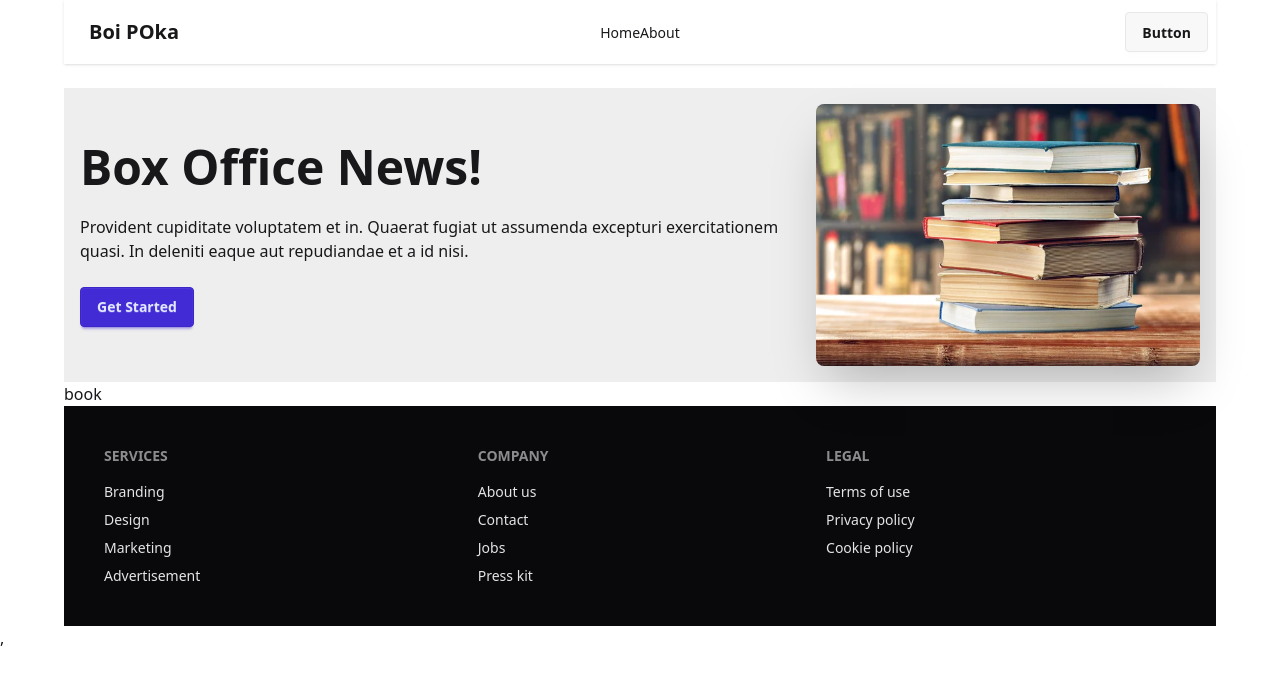
Repository: SanjidaSnigdha/Boipoka-Book-Vibe-Project
Page: /
These files come from the project's save history. The page is drawn as it stood at one moment and after the next save; the edit follows.
The browser window is 1280 px wide. The pictures show the whole page.
The project was rebuilt for these pictures with package versions that can differ from the ones it lists, and the page was loaded fresh each time. Also part of the build but not shown: vite.config.js, src/App.css, src/App.jsx, src/Pages/Root/ErrorPage/ErrorPage.jsx.

Above is the page before, as saved 2026-05-12 12:38:56.

### index.html
<!doctype html>
<html lang="en">
  <head>
    <meta charset="UTF-8" />
    <link rel="icon" type="image/svg+xml" href="/favicon.svg" />
    <meta name="viewport" content="width=device-width, initial-scale=1.0" />
    <title>boipuka</title>
  </head>
  <body>
    <div id="root"></div>
    <script type="module" src="/src/main.jsx"></script>
  </body>
</html>

### src/main.jsx
import { StrictMode } from 'react'
import { createRoot } from 'react-dom/client'
import './index.css'
import App from './App.jsx'
import {
  RouterProvider,
} from "react-router";
import { router } from './Routes/Routes.jsx';




createRoot(document.getElementById('root')).render(
  <StrictMode>
     <RouterProvider router={router} />,
  </StrictMode>,
)

### src/index.css
@import "tailwindcss";
@plugin "daisyui" {
themes : light --default, dark --prefersdark;
themes: light --default;
}
   dark mode to light mode ( index.css)

### src/Routes/Routes.jsx
import React from 'react';
import {
  createBrowserRouter,
} from "react-router";
import Root from '../Pages/Root/Root';
import ErrorPage from '../Pages/Root/ErrorPage/ErrorPage';
import { Component } from 'react';
import Home from '../Pages/Home/Home';

 export const router = createBrowserRouter([
  {
    path: "/",
    Component: Root,
    errorElement: <ErrorPage></ErrorPage>,
    children: [
      {
      index: true,
      path: '/',
      Component: Home

    },
  ],
},
]);

### src/Pages/Root/Root.jsx
import React from 'react';
import Navbar from '../../Components/Header/Navbar/Navbar';
import { Outlet } from 'react-router';
import Footer from '../../Components/Footer/Footer';

const Root = () => {
    return (
        <div className='max-w-6xl mx-auto'>
            <Navbar></Navbar>
            <Outlet></Outlet>
            <Footer></Footer>

        </div>
    );
};

export default Root;

### src/Pages/Home/Home.jsx
import React from 'react';
import Banner from '../../Components/Banner/Banner';
import Books from '../Books/Books';

const Home = () => {
    return (
        <div>
            <Banner></Banner>
            <Books></Books>
        </div>
    );
};

export default Home;

### src/Components/Header/Navbar/Navbar.jsx
import React from 'react';

const Navbar = () => {
    const links = <>
      <li>Home</li>
      <li>About</li>
    </>
    return (
        <div className="navbar bg-base-100 shadow-sm">
  <div className="navbar-start">
    <div className="dropdown">
      <div tabIndex={0} role="button" className="btn btn-ghost lg:hidden">
        <svg xmlns="http://www.w3.org/2000/svg" className="h-5 w-5" fill="none" viewBox="0 0 24 24" stroke="currentColor"> <path strokeLinecap="round" strokeLinejoin="round" strokeWidth="2" d="M4 6h16M4 12h8m-8 6h16" /> </svg>
      </div>
      <ul
        tabIndex="-1"
        className="menu menu-sm dropdown-content bg-base-100 rounded-box z-1 mt-3 w-52 p-2 shadow">
       {links}
      </ul>
    </div>
    <a className="btn btn-ghost text-xl">Boi POka</a>
  </div>
  <div className="navbar-center hidden lg:flex">
    <ul className="menu menu-horizontal px-1">
      {links}
    </ul>
  </div>
  <div className="navbar-end">
    <a className="btn">Button</a>
  </div>
</div>
    );
};

export default Navbar;

### src/Components/Footer/Footer.jsx
import React from 'react';

const Footer = () => {
    return (
        <footer className="footer sm:footer-horizontal bg-neutral text-neutral-content p-10">
  <nav>
    <h6 className="footer-title">Services</h6>
    <a className="link link-hover">Branding</a>
    <a className="link link-hover">Design</a>
    <a className="link link-hover">Marketing</a>
    <a className="link link-hover">Advertisement</a>
  </nav>
  <nav>
    <h6 className="footer-title">Company</h6>
    <a className="link link-hover">About us</a>
    <a className="link link-hover">Contact</a>
    <a className="link link-hover">Jobs</a>
    <a className="link link-hover">Press kit</a>
  </nav>
  <nav>
    <h6 className="footer-title">Legal</h6>
    <a className="link link-hover">Terms of use</a>
    <a className="link link-hover">Privacy policy</a>
    <a className="link link-hover">Cookie policy</a>
  </nav>
</footer>
    );
};

export default Footer;

### src/Components/Banner/Banner.jsx
import React from 'react';
import bookImage from '../../assets/books.jpg'

const Banner = () => {
    return (

        <div className="hero bg-base-300 mt-6 h-70px">
  <div className="hero-content flex-col lg:flex-row-reverse">
    <img
      src={bookImage}
      className="max-w-sm rounded-lg shadow-2xl"
    />
    <div>
      <h1 className="text-5xl font-bold">Box Office News!</h1>
      <p className="py-6">
        Provident cupiditate voluptatem et in. Quaerat fugiat ut assumenda excepturi exercitationem
        quasi. In deleniti eaque aut repudiandae et a id nisi.
      </p>
      <button className="btn btn-primary">Get Started</button>
    </div>
  </div>
</div>

    );
};

export default Banner;

### src/Pages/Books/Books.jsx
import React, { useEffect, useState } from 'react';

const Books = () => {
    const [allBooks, setAllBooks] = useState([]);
    useEffect(() => {
        fetch("booksData.json")
        .then(res=>res.json())
        .then(data =>{
            setAllBooks(data)
        })
    },[])
    return (
        <div>
            <h1>book</h1>
        </div>
    );
};

export default Books;

### public/booksData.json
[
  {
    "bookId": 1,
    "bookName": "The Great Gatsby",
    "author": "F. Scott Fitzgerald",
    "image": "https://i.ibb.co.com/khHN7Pk/9780143454212.jpg",
    "review": "'The Great Gatsby' by F. Scott Fitzgerald is a timeless masterpiece that delves into the decadence and disillusionment of the Jazz Age. Set in the Roaring Twenties, the novel unveils the enigmatic Jay Gatsby's extravagant parties, masking a pursuit of lost love. Narrated by Nick Carraway, the story explores themes of wealth, love, and the American Dream, drawing readers into a vivid portrayal of the glittering yet elusive world of the East and West Egg. Fitzgerald's prose is both poetic and haunting, weaving a compelling narrative that transcends its era. A poignant exploration of societal excess and the human condition, 'The Great Gatsby' remains a literary gem that resonates across generations.",
    "totalPages": 192,
    "rating": 4.5,
    "category": "Classic",
    "tags": ["Fiction", "Romance"],
    "publisher": "Scribner",
    "yearOfPublishing": 1925
  },
  {
    "bookId": 2,
    "bookName": "To Kill a Mockingbird",
    "author": "Harper Lee",
    "image": "https://i.ibb.co.com/0cv102J/To-Kill-a-Mockingbird.webp",
    "review": "'The Great Gatsby' by F. Scott Fitzgerald is a timeless masterpiece that delves into the decadence and disillusionment of the Jazz Age. Set in the Roaring Twenties, the novel unveils the enigmatic Jay Gatsby's extravagant parties, masking a pursuit of lost love. Narrated by Nick Carraway, the story explores themes of wealth, love, and the American Dream, drawing readers into a vivid portrayal of the glittering yet elusive world of the East and West Egg. Fitzgerald's prose is both poetic and haunting, weaving a compelling narrative that transcends its era. A poignant exploration of societal excess and the human condition, 'The Great Gatsby' remains a literary gem that resonates across generations.",
    "totalPages": 281,
    "rating": 4.8,
    "category": "Fiction",
    "tags": ["Drama", "Social Justice"],
    "publisher": "J.B. Lippincott & Co.",
    "yearOfPublishing": 1960
  },
  {
    "bookId": 3,
    "bookName": "1984",
    "author": "George Orwell",
    "image": "https://i.ibb.co.com/MprDyVt/51-BIA4rrae-L-AC-UF1000-1000-QL80.jpg",
    "review": "'The Great Gatsby' by F. Scott Fitzgerald is a timeless masterpiece that delves into the decadence and disillusionment of the Jazz Age. Set in the Roaring Twenties, the novel unveils the enigmatic Jay Gatsby's extravagant parties, masking a pursuit of lost love. Narrated by Nick Carraway, the story explores themes of wealth, love, and the American Dream, drawing readers into a vivid portrayal of the glittering yet elusive world of the East and West Egg. Fitzgerald's prose is both poetic and haunting, weaving a compelling narrative that transcends its era. A poignant exploration of societal excess and the human condition, 'The Great Gatsby' remains a literary gem that resonates across generations.",
    "totalPages": 328,
    "rating": 4.6,
    "category": "Fiction",
    "tags": ["Dystopian", "Political"],
    "publisher": "Secker & Warburg",
    "yearOfPublishing": 1949
  },
  {
    "bookId": 4,
    "bookName": "The Catcher in the Rye",
    "author": "J.D. Salinger",
    "image": "https://i.ibb.co.com/tYSWRfG/catcherrye-edited-1-800x.png",
    "review": "'The Great Gatsby' by F. Scott Fitzgerald is a timeless masterpiece that delves into the decadence and disillusionment of the Jazz Age. Set in the Roaring Twenties, the novel unveils the enigmatic Jay Gatsby's extravagant parties, masking a pursuit of lost love. Narrated by Nick Carraway, the story explores themes of wealth, love, and the American Dream, drawing readers into a vivid portrayal of the glittering yet elusive world of the East and West Egg. Fitzgerald's prose is both poetic and haunting, weaving a compelling narrative that transcends its era. A poignant exploration of societal excess and the human condition, 'The Great Gatsby' remains a literary gem that resonates across generations.",
    "totalPages": 224,
    "rating": 4.3,
    "category": "Fiction",
    "tags": ["Young Adult", "Identity"],
    "publisher": "Little, Brown and Company",
    "yearOfPublishing": 1951
  },
  {
    "bookId": 5,
    "bookName": "Pride and Prejudice",
    "author": "Jane Austen",
    "image": "https://i.ibb.co.com/YdQDMpn/81me-ud-V63-L-AC-UF1000-1000-QL80.jpg",
    "review": "'The Great Gatsby' by F. Scott Fitzgerald is a timeless masterpiece that delves into the decadence and disillusionment of the Jazz Age. Set in the Roaring Twenties, the novel unveils the enigmatic Jay Gatsby's extravagant parties, masking a pursuit of lost love. Narrated by Nick Carraway, the story explores themes of wealth, love, and the American Dream, drawing readers into a vivid portrayal of the glittering yet elusive world of the East and West Egg. Fitzgerald's prose is both poetic and haunting, weaving a compelling narrative that transcends its era. A poignant exploration of societal excess and the human condition, 'The Great Gatsby' remains a literary gem that resonates across generations.",
    "totalPages": 279,
    "rating": 4.7,
    "category": "Classic",
    "tags": ["Romance", "Satire"],
    "publisher": "T. Egerton, Whitehall",
    "yearOfPublishing": 1813
  },
  {
    "bookId": 6,
    "bookName": "The Hobbit",
    "author": "J.R.R. Tolkien",
    "image": "https://i.ibb.co.com/xS8YvxL/81m-CE-uclx-L-UF1000-1000-QL80.jpg",
    "review": "'The Great Gatsby' by F. Scott Fitzgerald is a timeless masterpiece that delves into the decadence and disillusionment of the Jazz Age. Set in the Roaring Twenties, the novel unveils the enigmatic Jay Gatsby's extravagant parties, masking a pursuit of lost love. Narrated by Nick Carraway, the story explores themes of wealth, love, and the American Dream, drawing readers into a vivid portrayal of the glittering yet elusive world of the East and West Egg. Fitzgerald's prose is both poetic and haunting, weaving a compelling narrative that transcends its era. A poignant exploration of societal excess and the human condition, 'The Great Gatsby' remains a literary gem that resonates across generations.",
    "totalPages": 310,
    "rating": 4.9,
    "category": "Fantasy",
    "tags": ["Adventure", "Epic"],
    "publisher": "Allen & Unwin",
    "yearOfPublishing": 1937
  },
  {
    "bookId": 7,
    "bookName": "Harry Potter and the Sorcerer's Stone",
    "author": "J.K. Rowling",
    "image": "https://i.ibb.co.com/989qMRW/42844155.jpg",
    "review": "'The Great Gatsby' by F. Scott Fitzgerald is a timeless masterpiece that delves into the decadence and disillusionment of the Jazz Age. Set in the Roaring Twenties, the novel unveils the enigmatic Jay Gatsby's extravagant parties, masking a pursuit of lost love. Narrated by Nick Carraway, the story explores themes of wealth, love, and the American Dream, drawing readers into a vivid portrayal of the glittering yet elusive world of the East and West Egg. Fitzgerald's prose is both poetic and haunting, weaving a compelling narrative that transcends its era. A poignant exploration of societal excess and the human condition, 'The Great Gatsby' remains a literary gem that resonates across generations.",
    "totalPages": 309,
    "rating": 4.8,
    "category": "Fantasy",
    "tags": ["Magic", "Young Adult"],
    "publisher": "Bloomsbury",
    "yearOfPublishing": 1997
  },
  {
    "bookId": 8,
    "bookName": "The Alchemist",
    "author": "Paulo Coelho",
    "image": "https://i.ibb.co.com/zS9jsdK/18144590.jpg",
    "review": "'The Great Gatsby' by F. Scott Fitzgerald is a timeless masterpiece that delves into the decadence and disillusionment of the Jazz Age. Set in the Roaring Twenties, the novel unveils the enigmatic Jay Gatsby's extravagant parties, masking a pursuit of lost love. Narrated by Nick Carraway, the story explores themes of wealth, love, and the American Dream, drawing readers into a vivid portrayal of the glittering yet elusive world of the East and West Egg. Fitzgerald's prose is both poetic and haunting, weaving a compelling narrative that transcends its era. A poignant exploration of societal excess and the human condition, 'The Great Gatsby' remains a literary gem that resonates across generations.",
    "totalPages": 177,
    "rating": 4.6,
    "category": "Fiction",
    "tags": ["Philosophical", "Adventure"],
    "publisher": "HarperCollins",
    "yearOfPublishing": 1988
  },
  {
    "bookId": 9,
    "bookName": "The Girl on the Train",
    "author": "Paula Hawkins",
    "image": "https://i.ibb.co.com/P6hfCmJ/Whats-App-Image-2024-05-22-at-11-21-25-2e21ae46.jpg",
    "review": "'The Great Gatsby' by F. Scott Fitzgerald is a timeless masterpiece that delves into the decadence and disillusionment of the Jazz Age. Set in the Roaring Twenties, the novel unveils the enigmatic Jay Gatsby's extravagant parties, masking a pursuit of lost love. Narrated by Nick Carraway, the story explores themes of wealth, love, and the American Dream, drawing readers into a vivid portrayal of the glittering yet elusive world of the East and West Egg. Fitzgerald's prose is both poetic and haunting, weaving a compelling narrative that transcends its era. A poignant exploration of societal excess and the human condition, 'The Great Gatsby' remains a literary gem that resonates across generations.",
    "totalPages": 316,
    "rating": 4.2,
    "category": "Mystery",
    "tags": ["Suspense", "Psychological"],
    "publisher": "Riverhead Books",
    "yearOfPublishing": 2015
  }
]

After the next save:
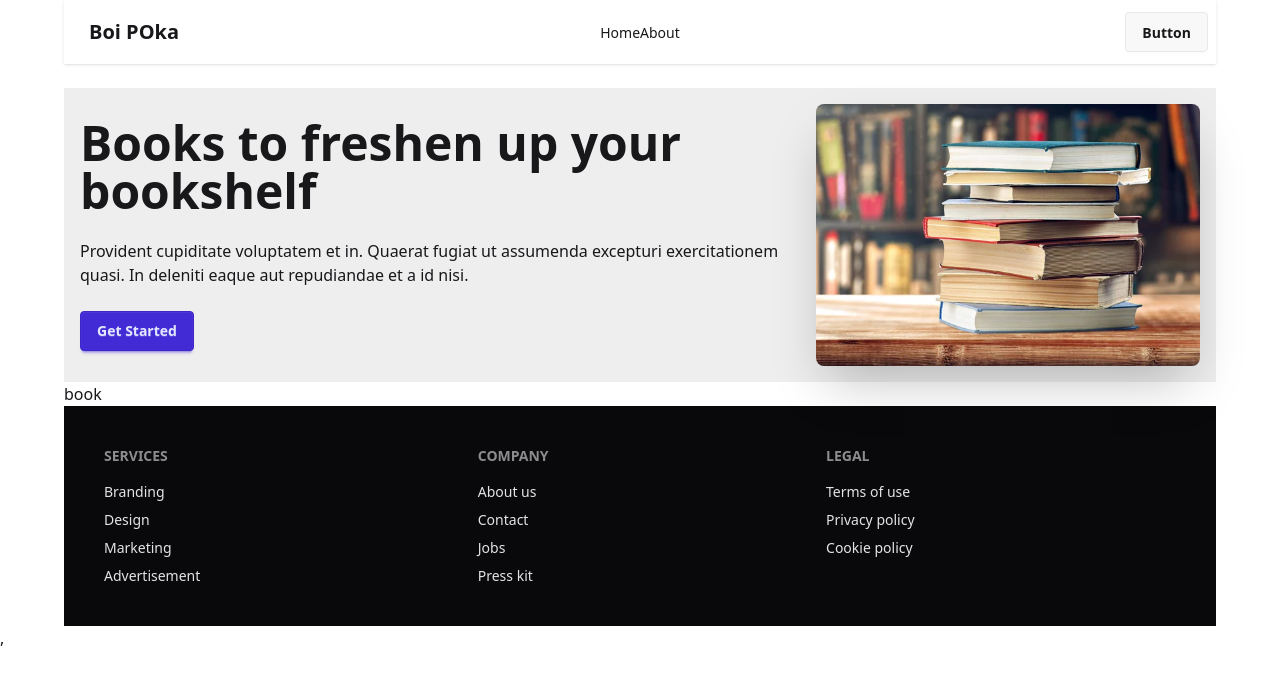
Saved 11 min 21 s later.
--- a/src/Components/Banner/Banner.jsx
+++ b/src/Components/Banner/Banner.jsx
@@ -8,10 +8,10 @@ const Banner = () => {
   <div className="hero-content flex-col lg:flex-row-reverse">
     <img
       src={bookImage}
-      className="max-w-sm rounded-lg shadow-2xl"
+      className="max-w-sm rounded-lg shadow-2xl "
     />
     <div>
-      <h1 className="text-5xl font-bold">Box Office News!</h1>
+      <h1 className="text-5xl font-bold">Books to freshen up your bookshelf</h1>
       <p className="py-6">
         Provident cupiditate voluptatem et in. Quaerat fugiat ut assumenda excepturi exercitationem
         quasi. In deleniti eaque aut repudiandae et a id nisi.
